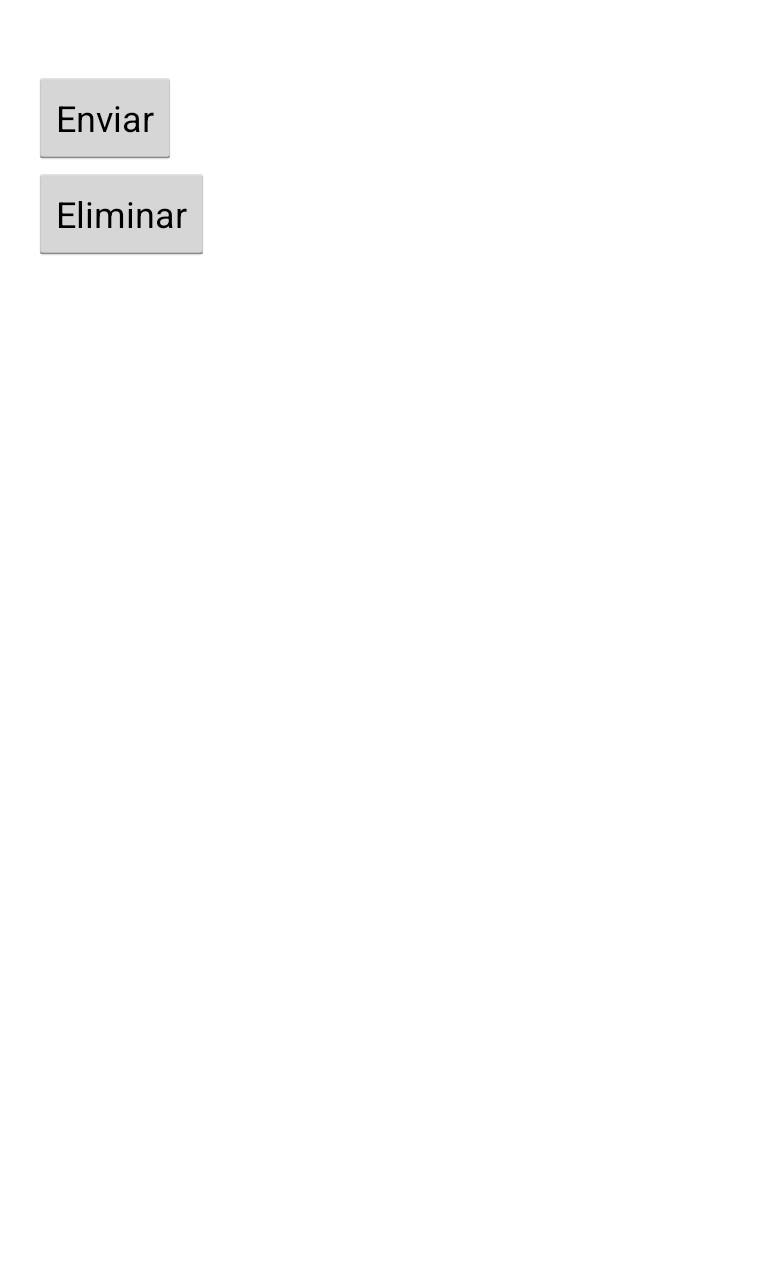
Repository: G3rcar/Android-I
Layout: Clase05IMEKeys/res/layout/activity_second.xml
An editor plug-in stored every save of this project. The layout is shown before and after the next save, followed by the edit.
It is drawn on a 768 x 1280 px phone screen (xhdpi) without system bars, with theme AppTheme; the app's code is not run.

Above is the layout before, as saved 2013-11-01 13:04:32.

### Clase05IMEKeys/res/layout/activity_second.xml
<LinearLayout xmlns:android="http://schemas.android.com/apk/res/android"
    xmlns:tools="http://schemas.android.com/tools"
    android:id="@+id/LinearLayout1"
    android:layout_width="match_parent"
    android:layout_height="match_parent"
    android:orientation="vertical"
    android:paddingBottom="@dimen/activity_vertical_margin"
    android:paddingLeft="@dimen/activity_horizontal_margin"
    android:paddingRight="@dimen/activity_horizontal_margin"
    android:paddingTop="@dimen/activity_vertical_margin"
    tools:context=".SecondActivity" >

    <TextView
        android:id="@+id/textPush"
        android:layout_width="wrap_content"
        android:layout_height="wrap_content" />

    <Button
        android:id="@+id/btnPush"
        android:layout_width="wrap_content"
        android:layout_height="wrap_content"
        android:text="@string/btnPush" />

    <Button
        android:id="@+id/btnDelete"
        android:layout_width="wrap_content"
        android:layout_height="wrap_content"
        android:text="@string/btnEliminar" />

</LinearLayout>

### Clase05IMEKeys/res/values/strings.xml
<?xml version="1.0" encoding="utf-8"?>
<resources>

    <string name="app_name">Clase05 IME keys</string>
    <string name="action_settings">Settings</string>
    <string name="hello_world">Hello world!</string>
    <string name="hintEnviarInfo">Enviar informacion</string>
    <string name="title_activity_second">SecondActivity</string>
    <string name="btnPush">Enviar</string>
    <string name="btnEliminar">Eliminar</string>

</resources>

Loaded but not shown: Clase05IMEKeys/res/values/styles.xml (common file); Clase05IMEKeys/res/values-v11/styles.xml (common file); Clase05IMEKeys/res/values-v14/styles.xml (common file); Clase05IMEKeys/res/values/dimens.xml (common file)

After the next save:
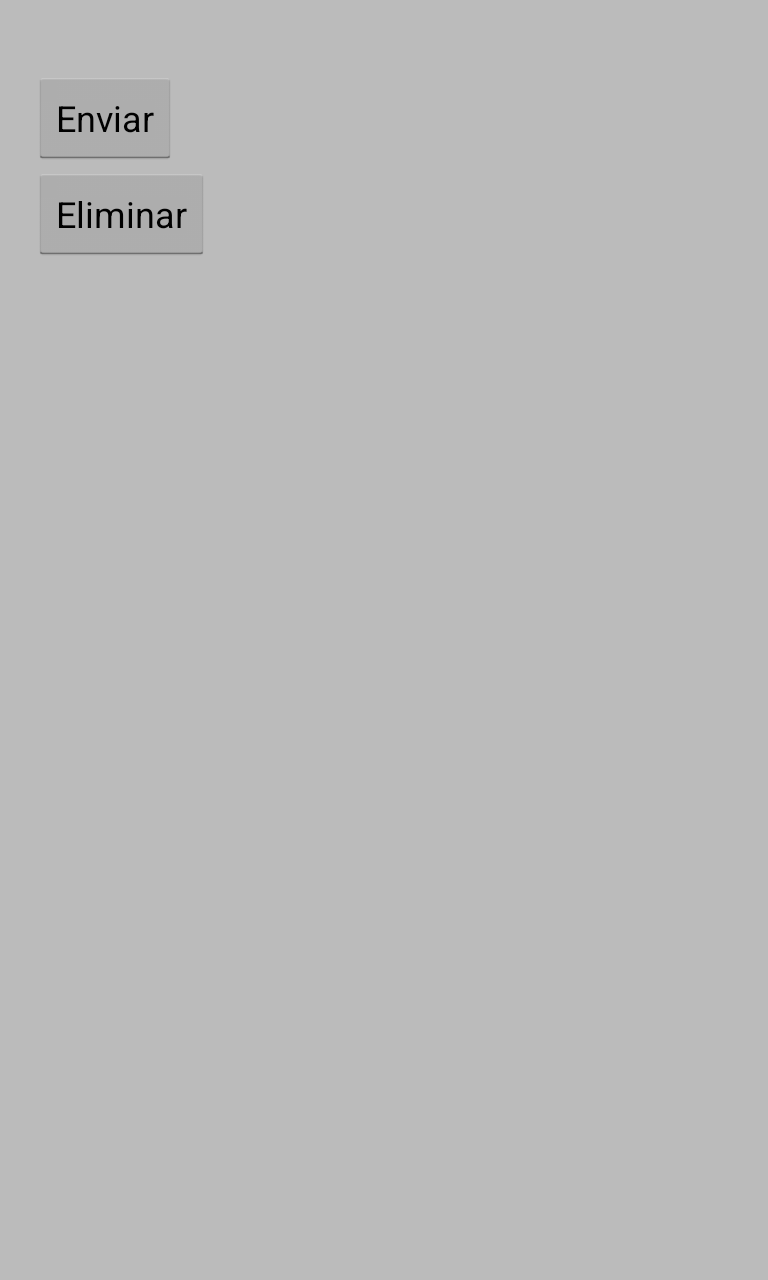
Saved 3 min 30 s later.
--- a/Clase05IMEKeys/res/layout/activity_second.xml
+++ b/Clase05IMEKeys/res/layout/activity_second.xml
@@ -3,6 +3,7 @@
     android:id="@+id/LinearLayout1"
     android:layout_width="match_parent"
     android:layout_height="match_parent"
+    android:background="#BBBBBB"
     android:orientation="vertical"
     android:paddingBottom="@dimen/activity_vertical_margin"
     android:paddingLeft="@dimen/activity_horizontal_margin"
